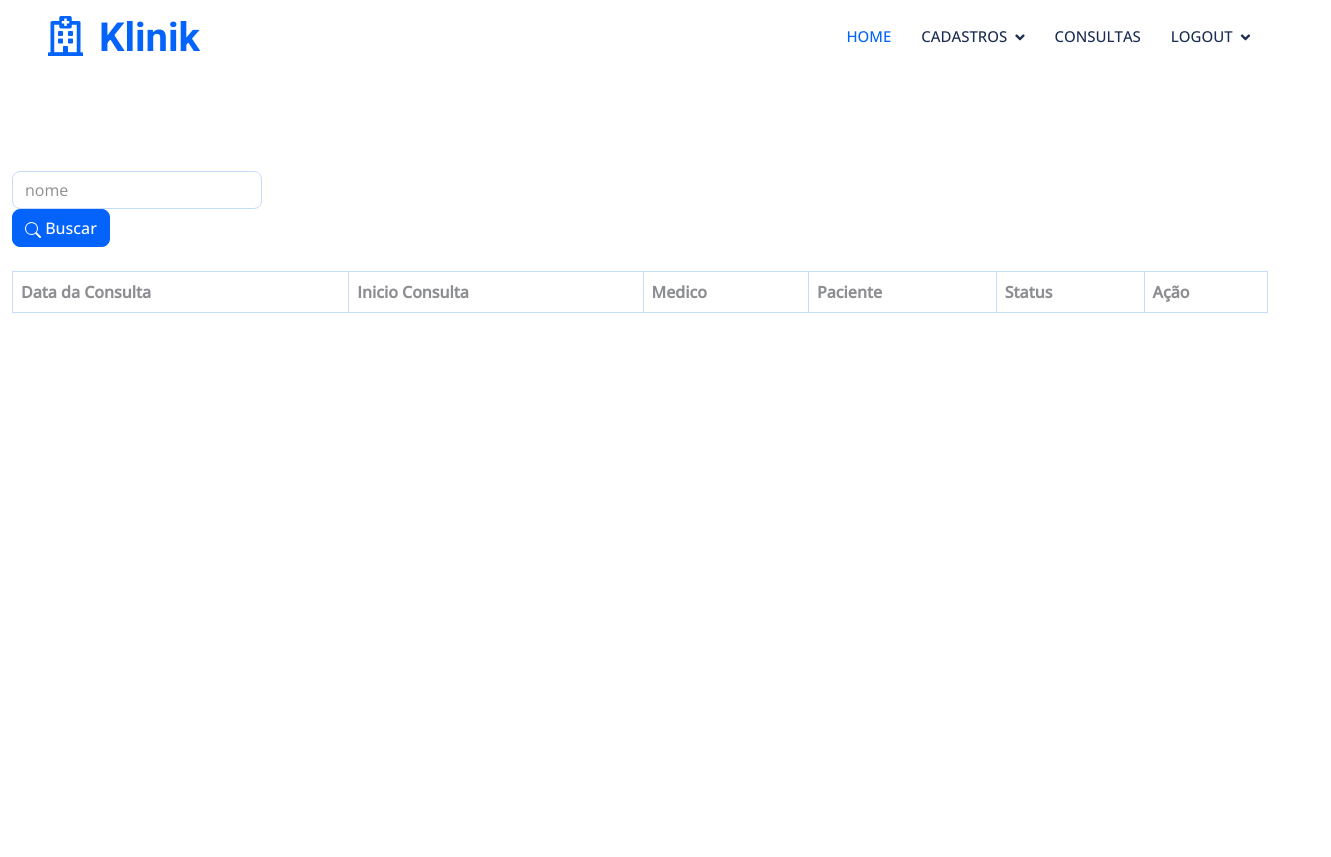
Repository: henrickrufino91/AgendaConsultas
Page: http://localhost/consulta/listarConsultas
An editor plug-in stored every save of this project. The page is shown before and after the next save, followed by the edit.
The browser window is 1280 px wide. The page is 1331 px wide, so the pictures cover 1331 px, including what lies to the right of the window. The pictures show the whole page.
Some web libraries are served in a nearby version. The page is this project's Thymeleaf template; nobody is signed in. The template is opened directly, without the code that normally fills it, so the values that code supplies are empty.

Above is the page before, as saved 2024-12-26 18:08:42.

After the next save:
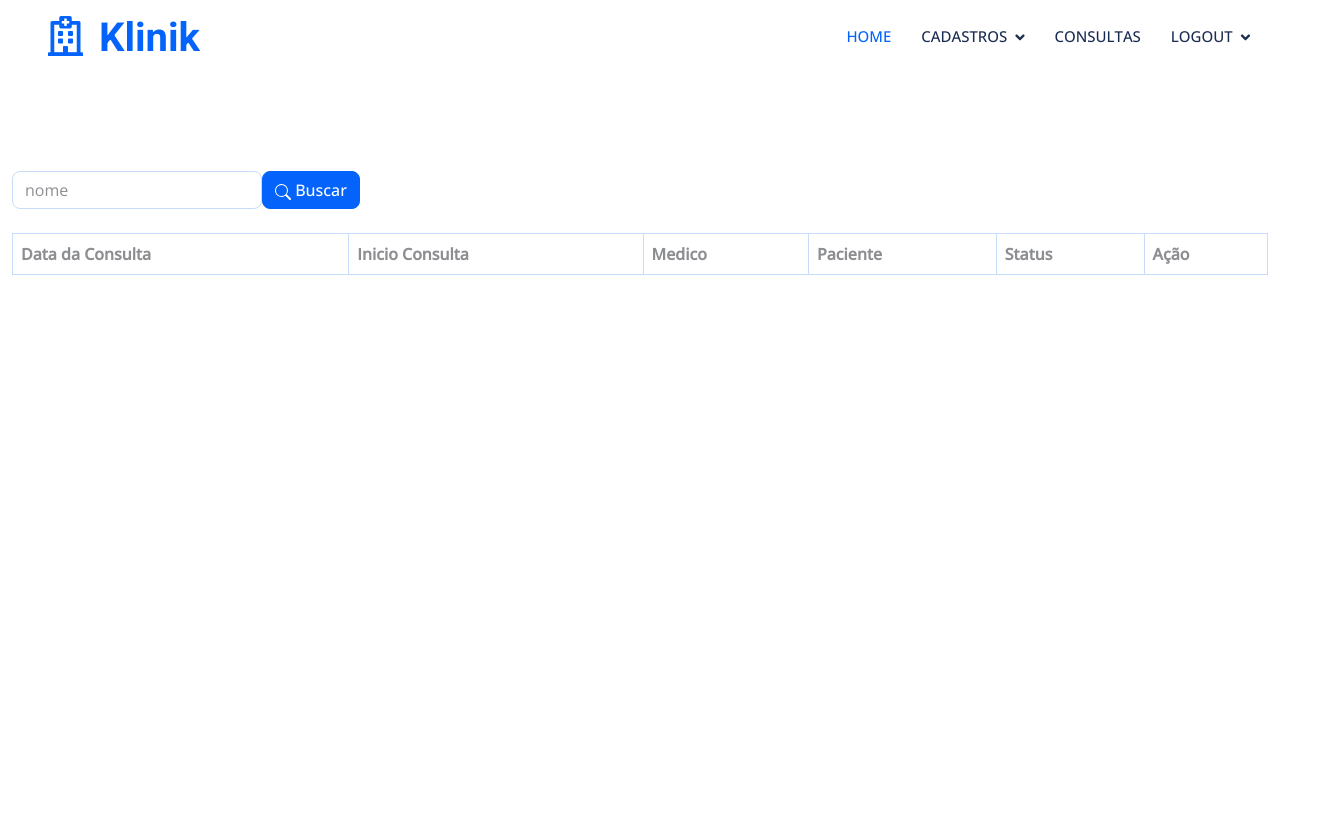
Saved 14 s later.
--- a/clinica/src/main/resources/templates/consulta/listarConsultas.html
+++ b/clinica/src/main/resources/templates/consulta/listarConsultas.html
@@ -103,7 +103,7 @@
     <div class="container-xxl py-5">
 
        <div>
-       <input class="form-control" value="nome" id="inputEmail" type="text" style="width: 250px" />
+       <input class="form-control" value="nome" id="inputEmail" type="text" style="width: 250px; float: left" />
 
 
        <a class="btn btn-primary" style="float: rigth"><svg xmlns="http://www.w3.org/2000/svg" width="16" height="16" fill="currentColor" class="bi bi-search" viewBox="0 0 16 16">
